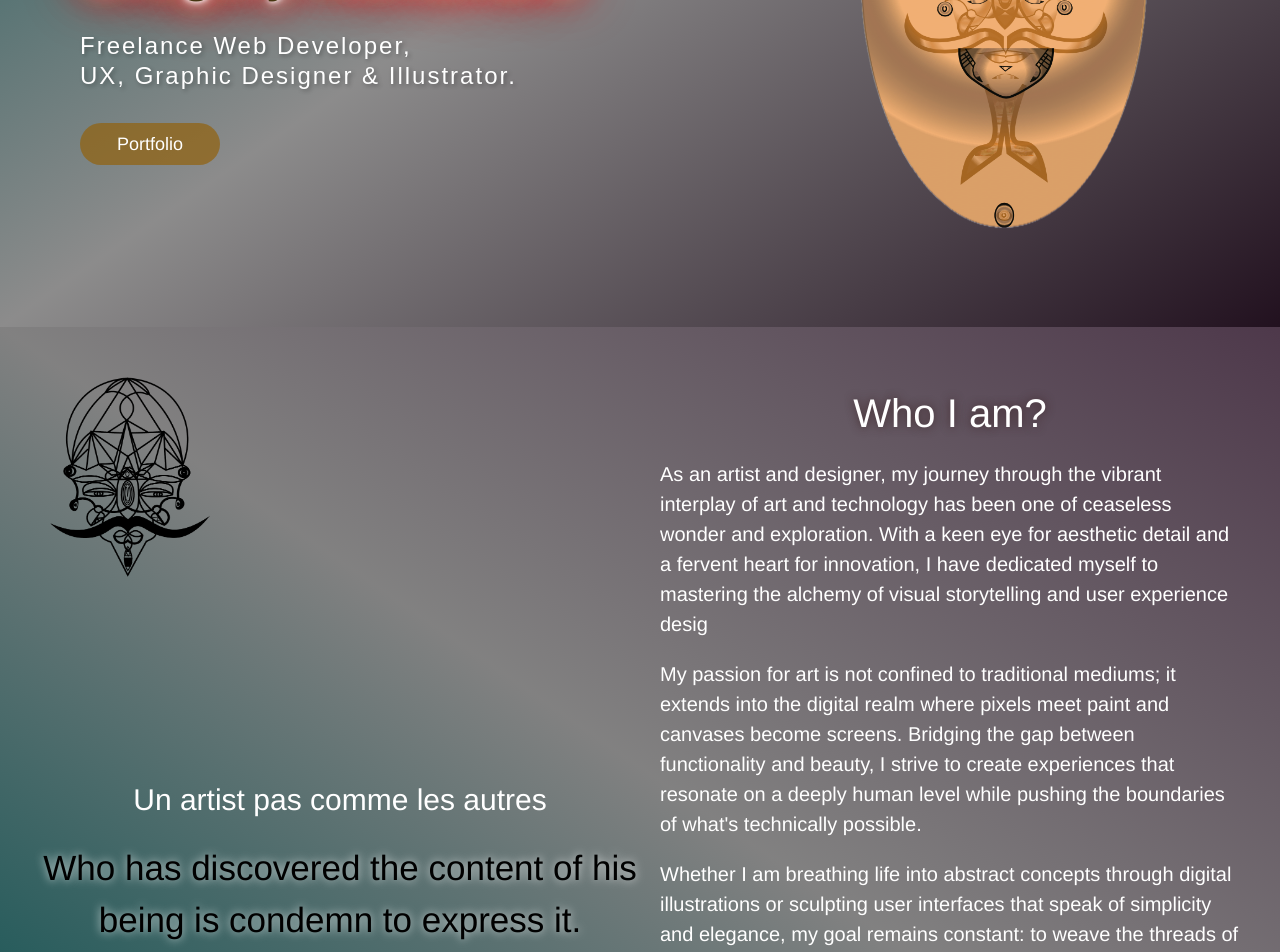
Repository: al-XLeMEsTRE/al-XLeMEsTRE
Page: index.html
These files come from the project's save history. The page is drawn as it stood at one moment and after a run of saves; the edit follows.
The browser window is 1280 px wide. The pictures show the part of the page from y = 553 to 1505 px (the page is 5520 px tall).
A picture or video elsewhere on the page could not be fetched, so the positions and the page height are approximate.

Above is the page before, as saved 2023-11-23 19:29:08.

After the next 2 saves:
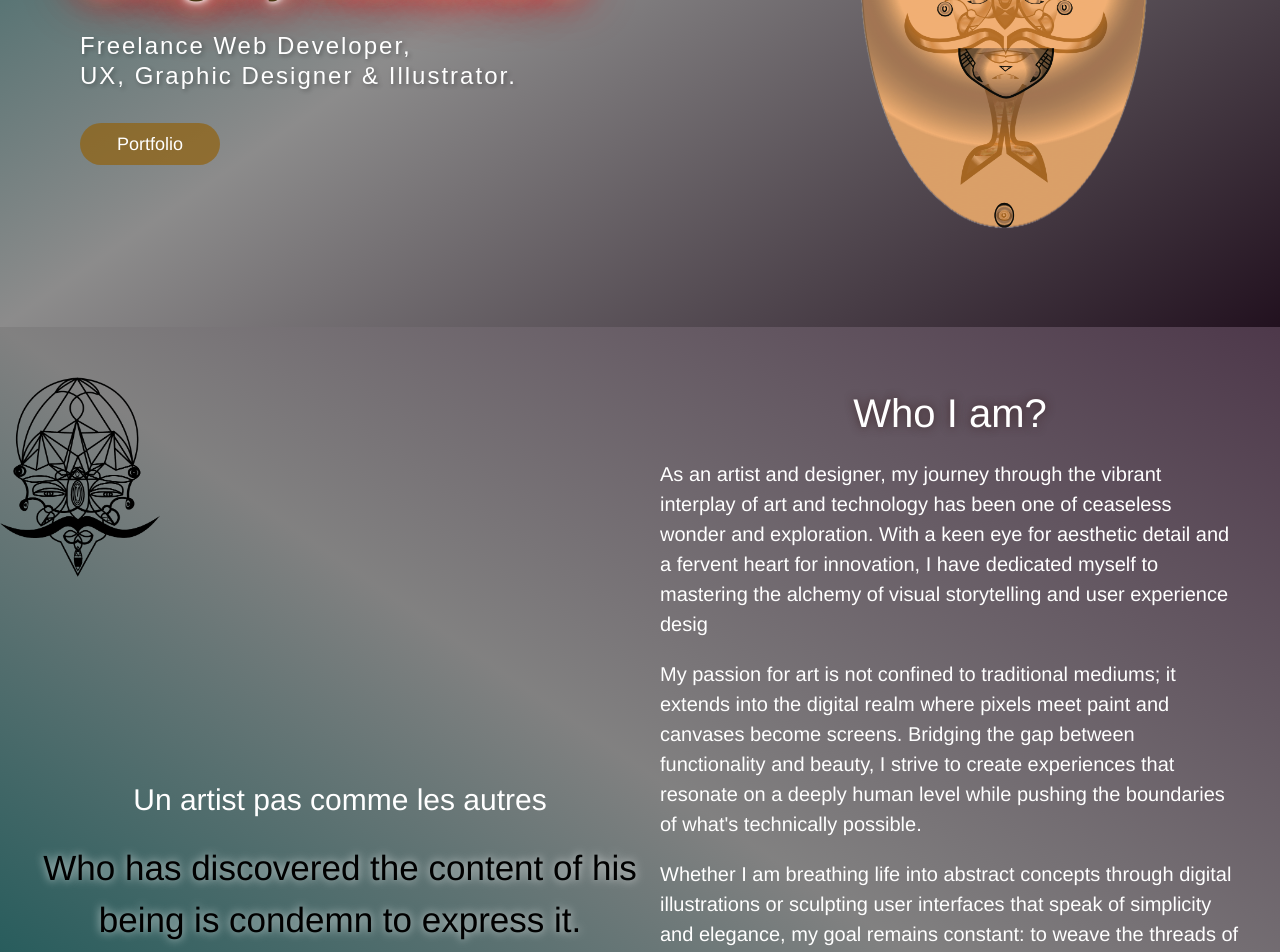
The 2 saves are shown as one change because they came seconds apart.
The last was saved 8 s later.
--- a/style/styles.css
+++ b/style/styles.css
@@ -305,7 +305,7 @@
 
 .about__image {
   top: -10px;
-  left: 10px;
+  left: -40px;
   position: relative;
   width: 160px;
   height: 200px;
